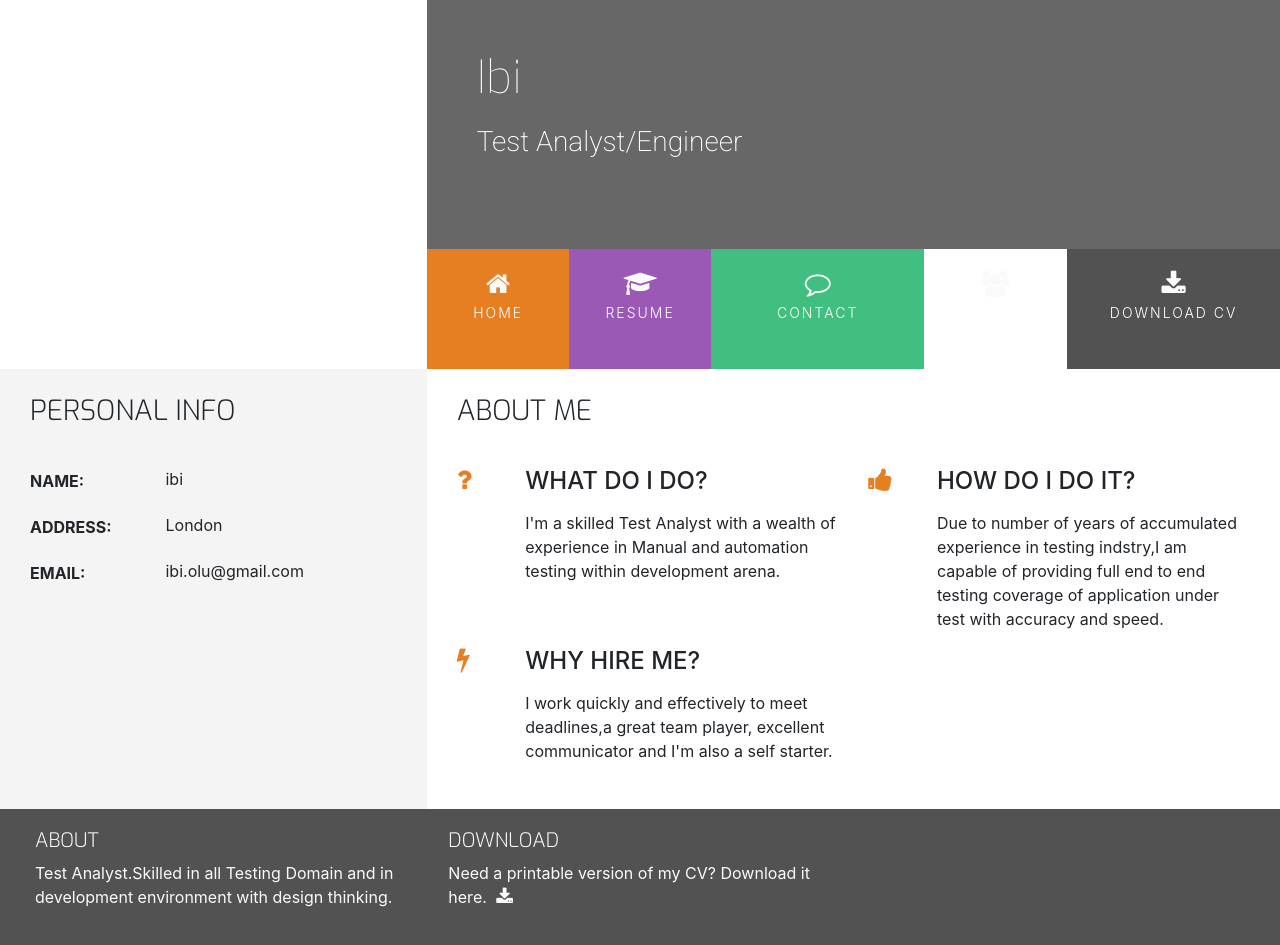
Repository: daat2/ccvitae
Page: index.html
The author's editor kept a record of every edit. The page is drawn from the files as they stood at one moment, then again after the next edit.
The browser window is 1280 px wide. The pictures show the whole page.
Some web libraries are served in a nearby version.

Above is the page before.

### index.html
<!DOCTYPE html>
	<html lang="en">
	<head>
	    <meta charset="UTF-8">
	    <meta name="viewport" content="width=device-width, initial-scale=1.0">
	    <meta http-equiv="X-UA-Compatible" content="ie=edge">
	    <link rel="stylesheet" href="https://maxcdn.bootstrapcdn.com/bootstrap/4.2.1/css/bootstrap.min.css" type="text/css" />
	    <link rel="stylesheet" href="https://maxcdn.bootstrapcdn.com/font-awesome/4.7.0/css/font-awesome.min.css" type="text/css" />
	    <link rel="stylesheet" href="https://cdnjs.cloudflare.com/ajax/libs/hover.css/2.1.1/css/hover-min.css" type="text/css" />
	    <link rel="stylesheet" href="assets/css/style.css" type ="text/css"/>
	    <title>ibi</title>
	</head>
	<body>
	    <header>
	        <div class="row no-gutters">
	            <a class="col-md-4 logo" href="02-index.html"></a>
	            <div class="col-md-8">
	                <div class="row no-gutters bg-color-name-title">
	                    <div class="col heading">
	                        <h1 class="name">Ibi </h1>
	                        <h2 class="title"> Test Analyst/Engineer</h2>
	                    </div>
	                </div>
	                <div class="row no-gutters">
	                    <div class="col">
	                        <ul id="nav" class="list-inline menucontainer">
	                            <li class="col-6 col-sm-2 list-inline-item ui-menu-color-home menuitem">
	                                <a href="index.html" class="hvr-sweep-to-bottom"><i class="fa fa-home" aria-hidden="true"></i><span>Home</span></a>
	                            </li>
	                            <li class="col-6 col-sm-2 list-inline-item ui-menu-color-resume menuitem">
	                                <a href="resume.html" class="hvr-sweep-to-bottom"><i class="fa fa-graduation-cap" aria-hidden="true"></i><span>Resume</span></a>
	                            </li>
	                            <li class="col-6 col-sm-3 list-inline-item ui-menu-color-contact menuitem">
	                                <a href="contact.html" class="hvr-sweep-to-bottom"><i class="fa fa-comment-o" aria-hidden="true"></i><span>Contact</span></a>
	                            </li>
	                            <li class="col-6 col-sm-2 ui-menu-color-interests list-inline-item menuitem">
                                <a href="interests.html" class="hvr-sweep-to-bottom"><i class="fa fa-users" aria-hidden="true"></i><span>Interests</span></a>
                            </li>
	                            <li class="col-6 col-sm-3 list-inline-item ui-menu-color-download menuitem">
	                                <a href="assets/cv/cv-current.pdf" target="_blank" class="hvr-sweep-to-bottom"><i class="fa fa-download" aria-hidden="true"></i><span>Download CV</span></a>
	                            </li>
	                        </ul>
	                    </div>
	                </div>
	            </div>
	        </div>
	    </header>
	    <section class="container-fluid">
	        <div class="row">
	            <div class="col-md-4 bg-color-personal-info section-column">
	                <div class="row">
	                    <div class="col-12">
	                        <h3 class="section-heading uppercase">
	                            Personal Info
	                        </h3>
	                    </div>
	                </div>
	                <div class="personal-info-item">
	                    <div class="key">
	                        <p class="uppercase">
	                            Name:
	                        </p>
	                    </div>
	                    <div class="value">
	                        <p>
	                            ibi
	                        </p>
	                    </div>
	                </div>
	                <div class="personal-info-item">
	                    <div class="key">
	                        <p class="uppercase">
	                            Address:
	                        </p>
	                    </div>
	                    <div class="value">
	                        <p>
	                            London
	                        </p>
	                    </div>
	                </div>
	                <!--<div class="personal-info-item">-->
	                <!--    <div class="key">-->
	                <!--        <p class="uppercase">-->
	                <!--            Phone:-->
	                <!--        </p>-->
	                <!--    </div>-->
	                <!--    <div class="value">-->
	                <!--        <p>-->
	                <!--            +447985209886-->
	                <!--        </p>-->
	                <!--    </div>-->
	                <!--</div>-->
	                <div class="personal-info-item">
	                    <div class="key">
	                        <p class="uppercase">
	                            Email:
	                        </p>
	                    </div>
	                    <div class="value">
	                        <p>
	                            ibi.olu@gmail.com
	                        </p>
	                    </div>
	                </div>
	            </div>
	            <div class="col-md-8 bg-color-three-reasons section-column">
	                <div class="row">
	                    <div class="col">
	                        <h3 class="section-heading uppercase">About Me</h3>
	                    </div>
	                </div>
	                <div class="row">
	                    <div class="col-10 offset-1 offset-sm-0 col-sm-4 col-md-6">
	                        <div class="row">
	                            <div class="col-2">
	                                <i class="three-reasons-icon fa fa-question" aria-hidden="true"></i>
	                            </div>
	                            <div class="col-10">
	                                <h4 class="three-reasons-heading uppercase">What do I do?</h4>
	                                <p>
	                                    I'm a skilled Test Analyst with a wealth of experience in Manual and automation testing within development arena.
	                                </p>
	                            </div>
	                        </div>
	                    </div>
	                    <div class="col-10 offset-1 offset-sm-0 col-sm-4 col-md-6">
	                        <div class="row">
	                            <div class="col-2">
	                                <i class="three-reasons-icon fa fa-thumbs-up" aria-hidden="true"></i>
	                            </div>
	                            <div class="col-10">
	                                <h4 class="three-reasons-heading uppercase">How do I do it?</h4>
	                                <p>
	                                    Due to number of years of accumulated experience in testing indstry,I am capable of providing full end to end testing coverage of application under test with accuracy and speed.
	                                </p>
	                            </div>
	                        </div>
	                    </div>
	                    <div class="col-10 offset-1 offset-sm-0 col-sm-4 col-md-6">
	                        <div class="row">
	                            <div class="col-2">
	                                <i class="three-reasons-icon fa fa-bolt" aria-hidden="true"></i>
	                            </div>
	                            <div class="col-10">
	                                <h4 class="three-reasons-heading uppercase">Why hire me?</h4>
	                                <p>
	                                    I work quickly and effectively to meet deadlines,a great team player, excellent communicator and I'm also a self starter.
	                                </p>
	                            </div>
	                        </div>
	                    </div>
	                </div>
	            </div>
	        </div>

	    </section>
	    <footer class="container-fluid">
	        <div id="footer-details" class="row">
	            <div class="col-sm-4">
	                <h5 class="uppercase general-sub">About</h5>
	                <p class="inline-block">
	                    Test Analyst.Skilled in all Testing Domain and in development environment with design thinking.
	                </p>
	            </div>
	            <div class="col-sm-4">
	                <h5 class="uppercase general-sub">Download</h5>
	                <p class="inline-block">
	                    Need a printable version of my CV? Download it here.
	                    <a href="assets/cv/cv-current.pdf" target="_blank" class="cv-pdf">
	                        <i class="fa fa-download" aria-hidden="true"></i>
	                        <span class="sr-only">Download link.</span>
	                    </a>
	                </p>
	            </div>

	            </div>
	        </div>
	    </footer>
	</body>
	</html>

### assets/css/style.css
@import url('https://fonts.googleapis.com/css?family=Roboto:100,200,300,400,500,600,700|Exo:100,200,300,400,500,600,700');

/*--------------------------------------------Colors*/

.bg-color-name-title {
    background-color: #676767;
}

.bg-color-three-reasons {
    background-color: #fff;
}

.bg-color-personal-info {
    background-color: #f4f4f4;
}

.bg-color-work-history {
    background-color: #9b59b6;
}

.bg-color-contact {
    background-color: #fff;
}

.ui-menu-color-home {
    background-color: #e67e22;
}

.ui-menu-color-resume {
    background-color: #9b59b6;
}

.ui-menu-color-contact {
    background-color: #40bf80;
}

.ui-menu-color-download {
    background-color: #525252;
}

.row-table {
    display: table;
}

.section-column {
    display: table-cell;
    padding: 0 30px 30px;
    float: none;
}

.section-heading {
    font-family: "Exo", sans-serif;
    font-weight: 300;
    margin-top: 25px;
    margin-bottom: 40px;
}

/* ----------------------------------------Special paddings/margins/text */

h1,
h2,
h3,
h4 {
    margin: 0;
}

.uppercase {
    text-transform: uppercase;
}

.general-sub {
    font-family: "Exo", sans-serif;
    font-weight: 300;
    color: #fafafa;
}

.inline-block {
    display: inline-block;
}

.row-table {
    display: table;
}

.section-column {
    display: table-cell;
    padding: 0 30px 30px;
    float: none;
}

/*.history-heading,*/
/*.section-heading {*/
/*    font-family: "Exo", sans-serif;*/
/*    font-weight: 300;*/
/*    margin-top: 25px;*/
/*    margin-bottom: 40px;*/
/*}*/

/*--------------------------------------------Heading*/

header {
    margin: 0;
}

.heading {
    margin-left: 50px;
}

/*.logo {*/
/*    background: url("../assets/ib.jpg");*/
/*    background-position: center;*/
/*    background-repeat: no-repeat;*/
/*    background-size: cover;*/
/*    min-height: 360px;*/
/*    transition: all .5s ease-in-out;*/
/*    -moz-transition: all .5s ease-in-out;*/
/*    -webkit-transition: all .5s ease-in-out;*/
/*}*/

.name {
    font-family: "Exo", sans-serif;
    font-weight: 100;
    font-size: 46px;
    margin-top: 50px;
    color: #fff;
}

.title {
    font-family: "Roboto", sans-serif;
    font-weight: 200;
    font-size: 28px;
    margin-top: 20px;
    margin-bottom: 90px;
    color: #fff;
}

.list-inline-item:not(:last-child) {
    margin: 0;
}

.menucontainer {
    font-size: 0;
}

#nav li {
    font-size: 14px;
    padding: 0;
}

#nav {
    margin: 0;
}

.menuitem {
    height: 120px;
    text-align: center;
    padding: 0;
}

.menuitem a {
    width: 100%;
    text-decoration: none;
    color: #fff;
    height: 120px;
}

.menuitem a i {
    padding-top: 22px;
    display: block;
    color: #fafafa;
    font-size: 26px;
}

.menuitem span {
    display: block;
    width: 100%;
    padding-top: 5px;
    text-align: center;
    text-transform: uppercase;
    font-size: 14px;
    font-weight: 300;
    letter-spacing: 2px;
}

/*--------------------------------------------Hover.css*/

.hvr-sweep-to-bottom:before {
    background: rgba(0, 0, 0, 0.2);
    height: 120px;
}

/* ----------------------------------------Footer */

footer {
    background-color: #525252;
    color: #fafafa;
    min-height: 120px;
    margin: 0;
}

.cv-pdf i {
    font-size: 18px;
    color: #fafafa;
    text-align: center;
    padding-left: 5px;
    transition: all 0.35s ease-in-out;
    -moz-transition: all 0.35s ease-in-out;
    -webkit-transition: all 0.35s ease-in-out;
    -o-transition: all 0.35s ease-in-out;
}

.cv-pdf i:hover {
    color: #e84610;
}

.social-links {
    padding-bottom: 15px;
}



.social-links li a i:hover {
    background: #e84610;
}

#footer-details {
    padding: 20px;
}

/* ----------------------------------------Three Reasons */

.three-reasons-icon {
    font-size: 26px;
    color: #e67e22;
}

.three-reasons-heading {
    margin-bottom: 15px;
}

/* ----------------------------------------Personal Info */

.personal-info-item {
    margin-bottom: 20px;
    display: block;
    clear: both;
}

.personal-info-item .key,
.personal-info-item .value {
    padding-right: 8px;
    display: inline-block;
}

.personal-info-item .key p,
.personal-info-item .value p {
    margin: 0;
}

.personal-info-item .key {
    width: 30%;
    margin-right: 21px;
    padding-top: 2px;
    vertical-align: top;
}

.personal-info-item .key p {
    font-weight: 700;
}

.personal-info-item .value {
    position: relative;
    width: 60%;
}

/* ----------------------------------------Skills */

.progress {
    position: relative;
    height: 25px;
    margin-bottom: 4px;
}

.progress-type {
    position: absolute;
    left: 0px;
    font-weight: 400;
    padding: 3px 30px 2px 10px;
    color: #fafafa;
    background-color: rgba(25, 25, 25, 0.2);
}

.progress-section {
    margin: 40px 20px;
}

/* ----------------------------------------Work History */

.history-heading {
    color: #fafafa;
    margin-bottom: 50px;
}

.timeline-item {
    padding: 4em 2em 0em 2em;
    position: relative;
    color: #fafafa;
    border-left: 1px solid;
}

.timeline-item p {
    padding: 0;
    margin: 0;
}

.timeline-item:before {
    content: attr(data-dates);
    position: absolute;
    left: 2.5em;
    top: 3em;
    display: block;
    font-family: "Exo", sans-serif;
    font-weight: 500;
    font-size: 0.8em;
    padding: 0;
    margin: 0;
}

.timeline-item:after {
    width: 12px;
    height: 12px;
    display: block;
    top: 2.4em;
    position: absolute;
    left: -6px;
    border-radius: 12px;
    content: '';
    background: #fafafa;
}

.history-items {
    margin-bottom: 30px;
}

/* ----------------------------------------Contact Form */

.contact-heading {
    font-family: "Exo", sans-serif;
    font-weight: 300;
    margin-top: 25px;
    margin-bottom: 20px;
}

.center-form {
    padding-top: 10px;
    margin: 0 auto;
    max-width: 70%;
}

button[type="submit"] {
    margin-top: 15px;
    margin-bottom: 20px;
    color: #fafafa;
    background-color: #e84610;
}

/* ----------------------------------------Media Queries */

@media(min-width: 992px) {
    .center-form {
        padding-top: 30px;
        min-height: 240px;
        margin: 0 auto;
        max-width: 50%;
    }
}

After the next edit:
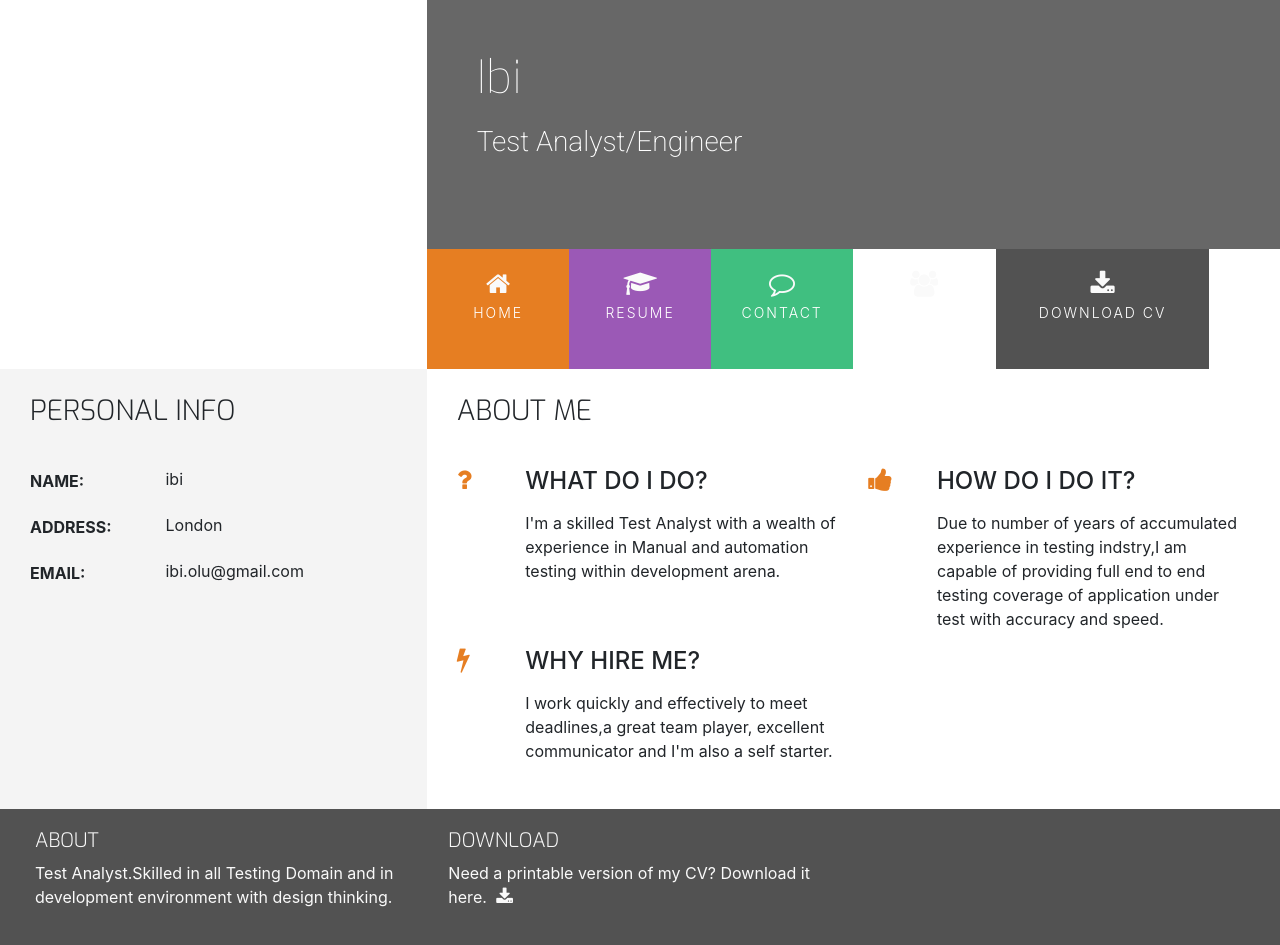
The edit:
--- a/index.html
+++ b/index.html
@@ -30,7 +30,7 @@
 	                            <li class="col-6 col-sm-2 list-inline-item ui-menu-color-resume menuitem">
 	                                <a href="resume.html" class="hvr-sweep-to-bottom"><i class="fa fa-graduation-cap" aria-hidden="true"></i><span>Resume</span></a>
 	                            </li>
-	                            <li class="col-6 col-sm-3 list-inline-item ui-menu-color-contact menuitem">
+	                            <li class="col-6 col-sm-2 list-inline-item ui-menu-color-contact menuitem">
 	                                <a href="contact.html" class="hvr-sweep-to-bottom"><i class="fa fa-comment-o" aria-hidden="true"></i><span>Contact</span></a>
 	                            </li>
 	                            <li class="col-6 col-sm-2 ui-menu-color-interests list-inline-item menuitem">
